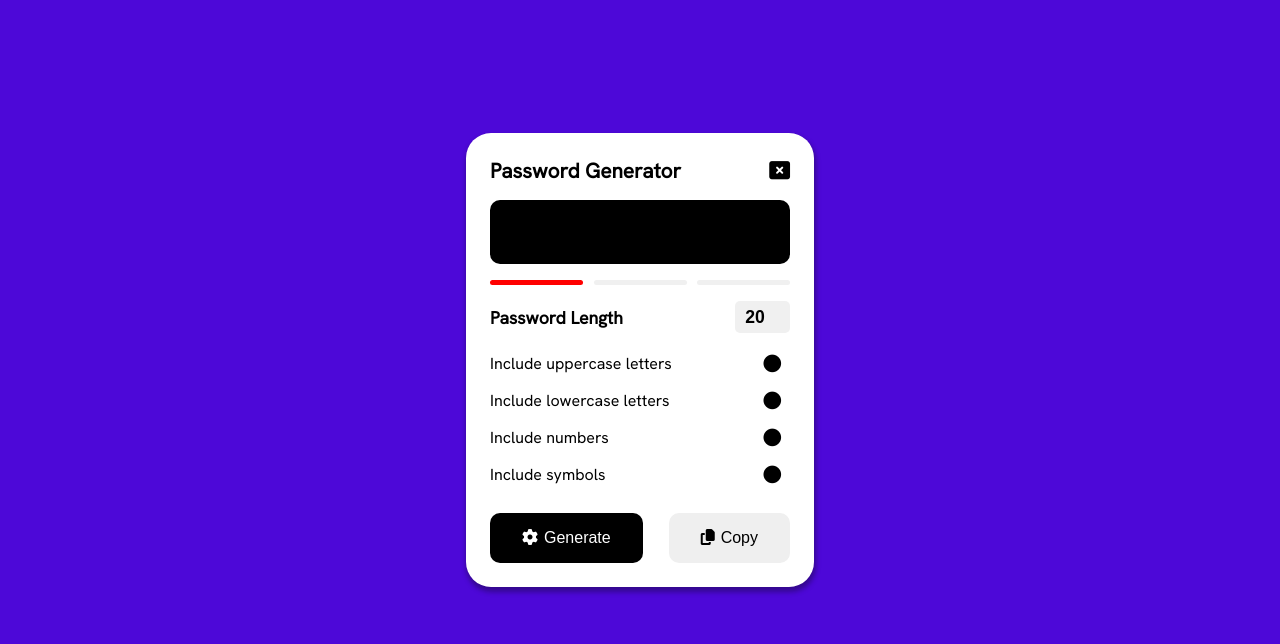
Repository: emiliaiwu/password_generator
Page: index.html
The author's editor kept a copy of each file at every save. The page is drawn from the files as they stood at one save, then again after the next save.
The browser window is 1280 px wide. The pictures show the whole page.
Some web libraries are served in a nearby version.

Above is the page before, as saved 2022-12-17 21:15:32.

After the next save:
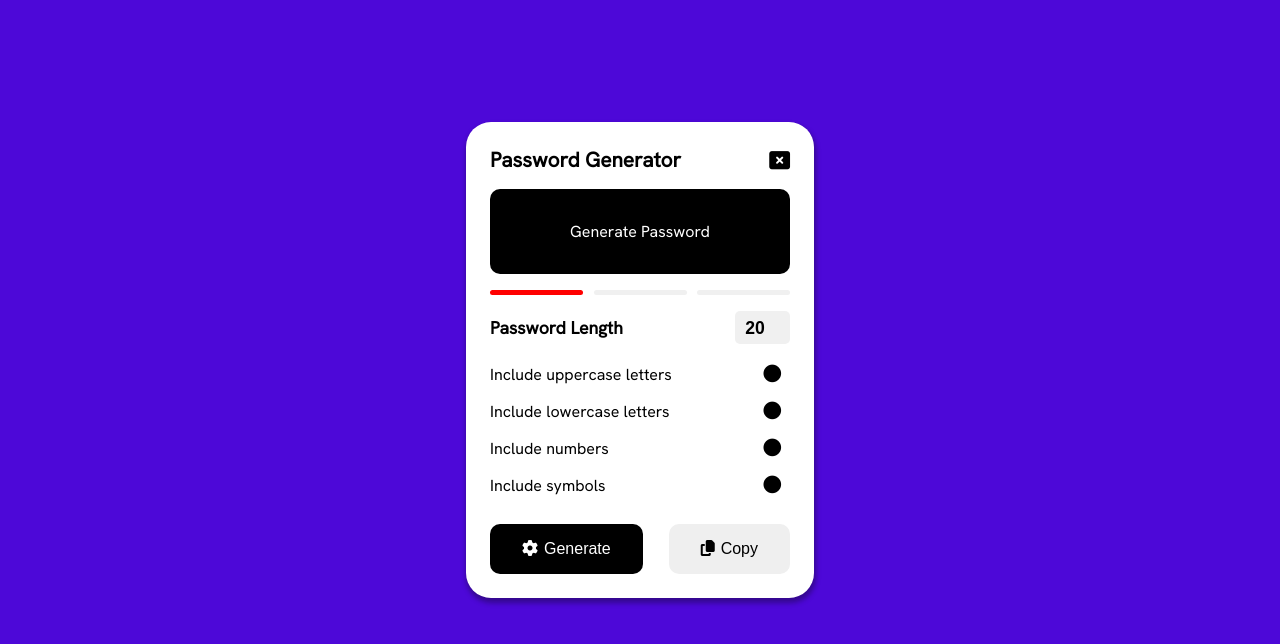
Saved 48 s later.
--- a/index.html
+++ b/index.html
@@ -16,7 +16,7 @@
         </div>
 
         <div class="display_password">
-            <p class="result"></p>
+            <p class="result">Generate Password</p>
             <!-- <span class="hide">
                 <i class="fa-solid fa-eye hidebtn fa-eye-slash"></i>
                  <i class="fa-solid fa-eye-slash"></i> -->
